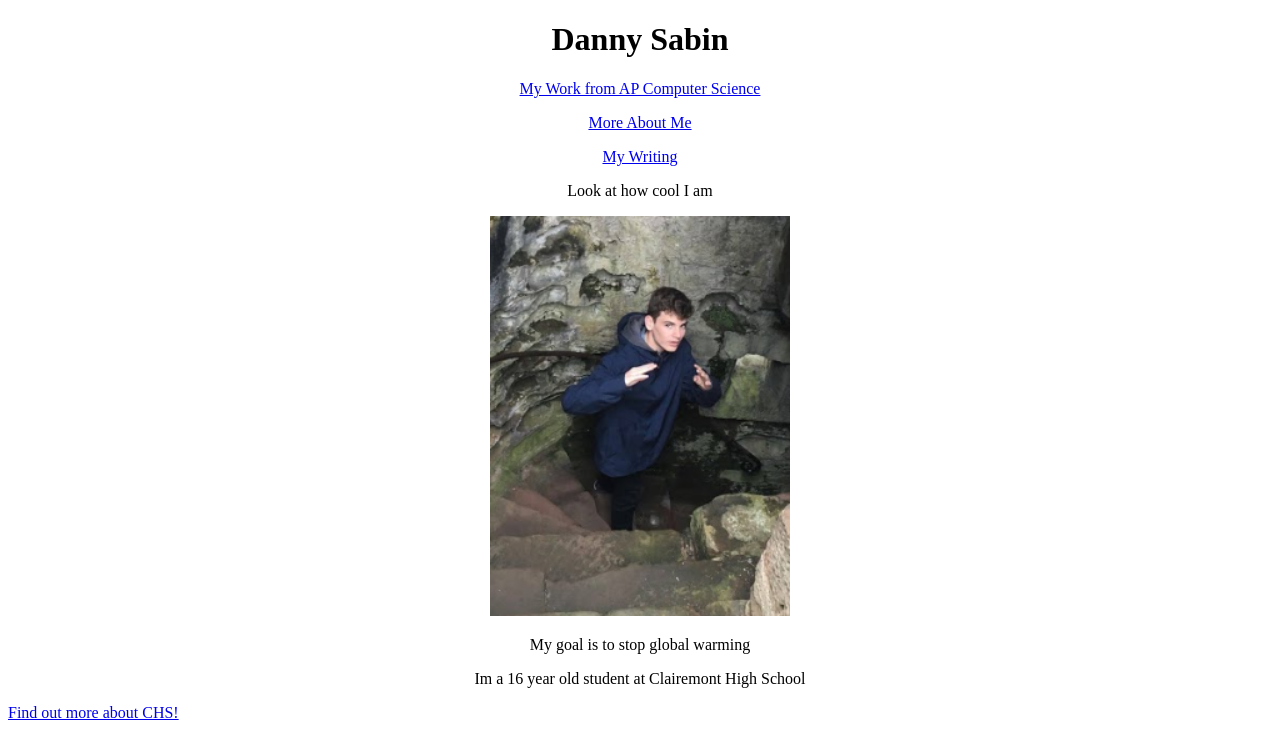
Repository: Danny3212/Danny3212.github.io
Page: index.html
The author's editor kept a record of every edit. The page is drawn from the files as they stood at one moment, then again after the next edit.
The browser window is 1280 px wide. The pictures show the whole page.

Above is the page before.

### index.html
<!DOCTYPE html>
<html>
<body>
<h1 style="text-align:center;">Danny Sabin</h1>
<p style="text-align:center;"><a href="apcs.html">My Work from AP Computer Science</a></p>
<p style="text-align:center;"><a href="danny.html">More About Me</a></p>
<p style="text-align:center;"><a href="writing.html">My Writing</a></p>


<p style="text-align:center;">Look at how cool I am</p>
<p style="text-align:center;"><img src="images/Danny background.PNG" alt="Karate Man" width="300" height="400"></p>
<p style="text-align:center;">My goal is to stop global warming</p>
<p style="text-align:center;">Im a 16 year old student at Clairemont High School</p>
<a href="https://www.sandiegounified.org/schools/clairemont/" target="_blank"> Find out more about CHS!</a>

</body>
</html>

After the next edit:
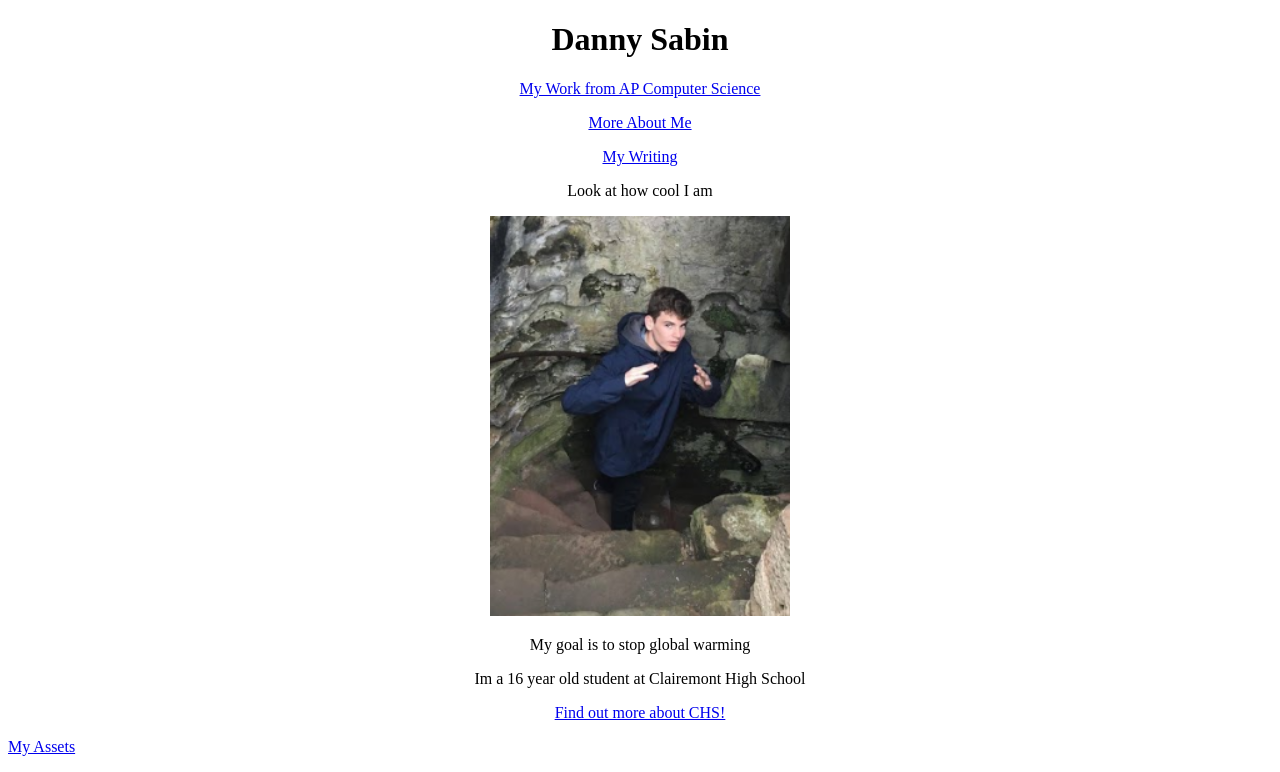
The edit:
--- a/index.html
+++ b/index.html
@@ -11,7 +11,7 @@
 <p style="text-align:center;"><img src="images/Danny background.PNG" alt="Karate Man" width="300" height="400"></p>
 <p style="text-align:center;">My goal is to stop global warming</p>
 <p style="text-align:center;">Im a 16 year old student at Clairemont High School</p>
-<a href="https://www.sandiegounified.org/schools/clairemont/" target="_blank"> Find out more about CHS!</a>
-
+<p style="text-align:center;"><a href="https://www.sandiegounified.org/schools/clairemont/" target="_blank"> Find out more about CHS!</a></p>
+<p><a href="https://docs.google.com/document/d/e/2PACX-1vQAGUAgisN4TRKYPIUpKLUPrpMDi7lxFaq68hCBITjHddJfacZvkRXKvbqyEE8yYlsWkW858wqS0Jxj/pub">My Assets</a></p>
 </body>
 </html>
